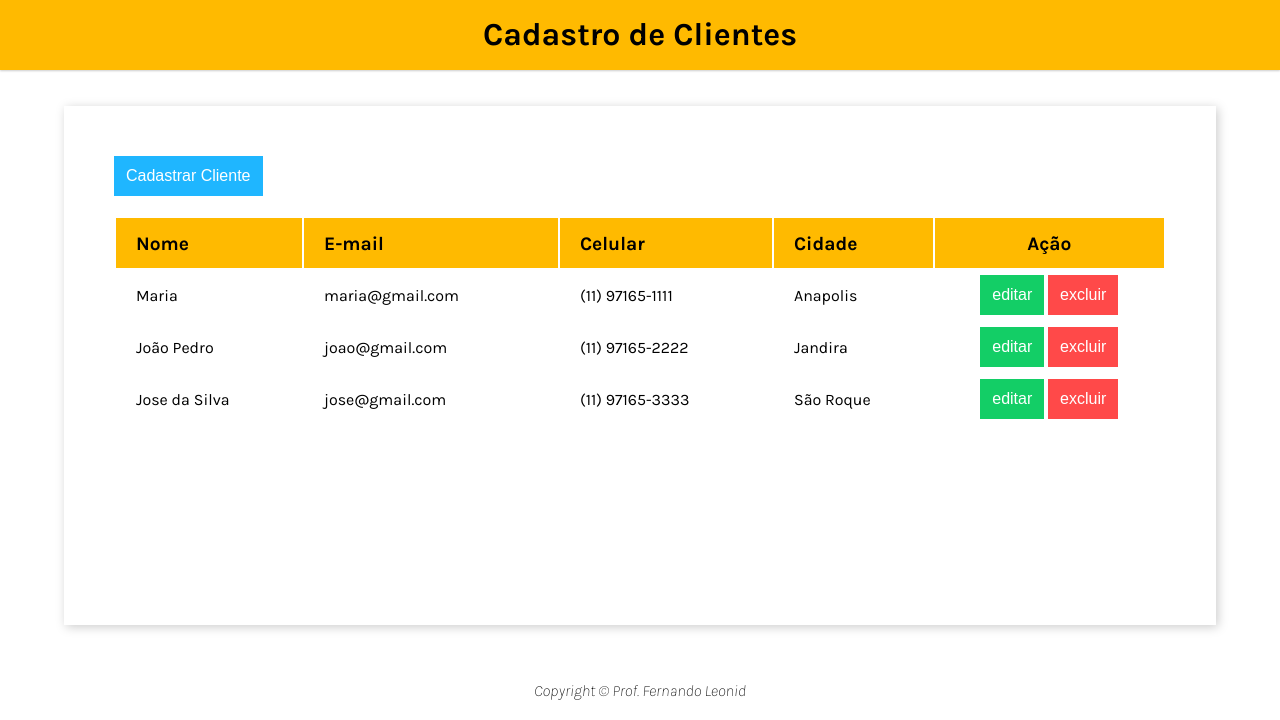
Repository: ViniciusCMS/CRUD_Estudos
Page: index.html
These files come from the project's save history. The page is drawn as it stood at one moment and after the next save; the edit follows.
The browser window is 1280 px wide. The pictures show the whole page.

Above is the page before, as saved 2022-01-07 13:12:44.

### index.html
<!DOCTYPE html>
<html lang="pt-BR">
<head>
    <meta charset="UTF-8">
    <meta http-equiv="X-UA-Compatible" content="IE=edge">
    <meta name="viewport" content="width=device-width, initial-scale=1.0">
    <link rel="preconnect" href="https://fonts.gstatic.com">
    <link href="https://fonts.googleapis.com/css2?family=Karla:ital,wght@0,400;0,700;1,200;1,800&display=swap" rel="stylesheet">
    <link rel="stylesheet" href="css/main.css">
    <link rel="stylesheet" href="css/button.css">
    <link rel="stylesheet" href="css/records.css">
    <link rel="stylesheet" href="css/modal.css">
    <script src="main.js" defer></script>
    <title>CRUD</title>
</head>
<body>
    <header>
        <h1 class="header-title">Cadastro de Clientes</h1>
    </header>
    <main>
        <button type="button" class="button blue mobile" id="cadastrarCliente">Cadastrar Cliente</button>
        <table class="records">
            <thead>
                <tr>
                    <th>Nome</th>
                    <th>E-mail</th>
                    <th>Celular</th>
                    <th>Cidade</th>
                    <th>Ação</th>
                </tr>
            </thead>
            <tbody>
                <tr>
                    <td>Maria</td>
                    <td>maria@gmail.com</td>
                    <td>(11) 97165-1111</td>
                    <td>Anapolis</td>
                    <td>
                        <button type="button" class="button green">editar</button>
                        <button type="button" class="button red">excluir</button>
                    </td>
                </tr>
                <tr>
                    <td>João Pedro</td>
                    <td>joao@gmail.com</td>
                    <td>(11) 97165-2222</td>
                    <td>Jandira</td>
                    <td>
                        <button type="button" class="button green">editar</button>
                        <button type="button" class="button red">excluir</button>
                    </td>
                </tr>
                <tr>
                    <td>Jose da Silva</td>
                    <td>jose@gmail.com</td>
                    <td>(11) 97165-3333</td>
                    <td>São Roque</td>
                    <td>
                        <button type="button" class="button green">editar</button>
                        <button type="button" class="button red">excluir</button>
                    </td>
                </tr>
            </tbody>
        </table>
        <div class="modal" id="modal">
            <div class="modal-content">
                <header class="modal-header">
                    <h2>Novo Cliente</h2>
                    <span class="modal-close" id="modalClose">&#10006;</span>
                </header>
                <form class="modal-form">
                    <input type="text" class="modal-field" placeholder="Nome do Cliente">
                    <input type="email" class="modal-field" placeholder="e-mail do Cliente">
                    <input type="text" class="modal-field" placeholder="Celular do Cliente">
                    <input type="text" class="modal-field" placeholder="Cidade do Cliente">
                </form>
                <footer class="modal-footer">
                    <button class="button green">Salvar</button>
                    <button class="button blue">Cancelar</button>
                </footer>
            </div>
        </div>
    </main>
    <footer>
        Copyright &copy; Prof. Fernando Leonid
    </footer>
</body>
</html>

### css/main.css
*{
    padding: 0;
    margin: 0;
    box-sizing: border-box;
}

:root{
    --primary-color: #FFBA00;
    --secundary-color: #FFF1CC;
    --shadow-color: #CCC;
    --text-color: #FFF;
}

body{
    min-height: 100vh;
    display: flex;
    flex-direction: column;
    font-family: 'karla', sans-serif;
    position:relative;
}

header{
    background-color: var(--primary-color);
    height: 70px;
    text-align: center;
    line-height: 70px;
    box-shadow: 0 1px 2px var(--shadow-color);
}

.header-title{
    color: black;
    font-size: 2rem;
}

main{
    flex-grow: 1;
    display: flex;
    flex-direction: column;
    align-items: flex-start;
    width: 90%;
    margin: 5vh auto;
    padding: 50px;
    box-shadow: 2px 2px 10px var(--shadow-color);
    gap: 20px;
}

footer{
    width:100;
    text-align: center;
    font-weight: 200;
    font-style: italic;
    padding: 20px;
}

@media (max-width:480px){
    header{
        position:fixed;
        width:100%;
    }
    .header-title{
        font-size: 1.5rem;
    }

    main{
        padding: 0;
        margin: 20px 0 0 0;
        width:100%;
        box-shadow: none;
    }
}

### css/button.css
.button{
    border-style: none;
    height: 40px;
    padding: 6px 12px;
    background-color: black;
    color: white;
    font-size: 1rem;
    cursor: pointer;
    transition: box-shadow .6s ease;
}

.button.blue{
    background-color: #1FB6FF;
}

button.green{
    background-color: #13CE66;
}

button.red{
    background-color: #FF4949;
}

.button:hover{
    box-shadow: inset 200px 0 0 #00000055;
}

@media(max-width:480px){
    .button.mobile{
        color:transparent;
        font-size:0;
        width:50px;
        height:50px;
        border-radius: 50%;
        position:fixed;
        top: 90vh;
        left: 80vw;
    }
    .button.mobile::before{
        content: "+";
        color:black;
        font-size:2rem;
        width:100%;
        height:100%;
    }
}

### css/records.css
.records{
    width: 100%;
    user-select: none;
    text-align: left;
}

.records th{
    height: 50px;
    background-color: var(--primary-color);
    padding-left: 20px;
    font-size: 1.2rem;
}
.records td{
    height: 50px;
    padding-left: 20px;
}

.records th:last-child,
.records td:last-child{
    padding: 0;
    min-width: 140px;
    text-align: center;
}

.records tr:hover{
    background-color: var(--secundary-color);
}

@media(max-width:480px){
    .records{
        border-spacing: 5px;
    }
    .records thead{
        display:none;
    }
    .records tr{
        box-shadow: 0 1px 3px var(--shadow-color);
    }
    .records td:not(:first-child){
        display:flex;
        justify-content: space-between;
        padding: 0 20px;
    }

    .records td{
        margin:10px 0;
    }

    .records tr:hover{
        background-color: inherit;
    }
}

### css/modal.css
.modal{
    position: fixed;
    top:0;
    left:0;
    width: 100%;
    height: 100%;
    background: #00000090;
    opacity: 0;
    z-index: -1;
}

.modal.active{
    opacity: 1;
    z-index: 1;
}

.modal-content{
    display: flex;
    flex-direction: column;
    gap:20px;
    width: 50vw;
    margin: 15vh auto;
    padding-bottom: 20px;
    background-color: white;
    box-shadow: 1px 1px 10px black;
}

.modal-header{
    display: flex;
    position: relative;
    justify-content: center;
    height: 40px;
    line-height: 40px;
    font-size: 1rem;
}



.modal-close{
    position: absolute;
    right: 0;
    display: block;
    width: 40px;
    height: 40px;
    text-align: center;
    user-select: none;
    cursor: pointer;
}

.modal-close:hover{
    background-color: #FF4949;
    color: white;
}

.modal-form{
    display: flex;
    justify-content: space-between;
    flex-wrap: wrap;
    gap: 20px;
    padding: 0 20px;
}

.modal-field{
    width: calc(50% - 10px);
    height: 40px;
    outline-style: none;
    border-style: none;
    box-shadow: 0 0 2px black;
    padding: 0 10px;
    font-size:1rem;
}

.modal-field:focus{
    border: 2px solid var(--primary-color);
    box-shadow: 0 0 3px var(--primary-color);
}


.modal-footer{
    background-color: inherit;
    text-align: right;
    padding: 0 20px;
}

@media (max-width:480px){
    .modal{
        top:100%;
        transition: all 1s ease;
    }
    .modal.active{
        top:0;
    }
    .modal-content{
        margin:0;
        width:100%;
        position:fixed;
    }
    .modal-field{
        width:100%;
    }
}

### main.js
'use strict'

const openModal = () => document.getElementById('modal')
    .classList.add('active')

const closeModal = () => document.getElementById('modal')
    .classList.remove('active')

document.getElementById('cadastrarCliente')
    .addEventListener('click', openModal)

document.getElementById('modalClose')
    .addEventListener('click', closeModal)

After the next save:
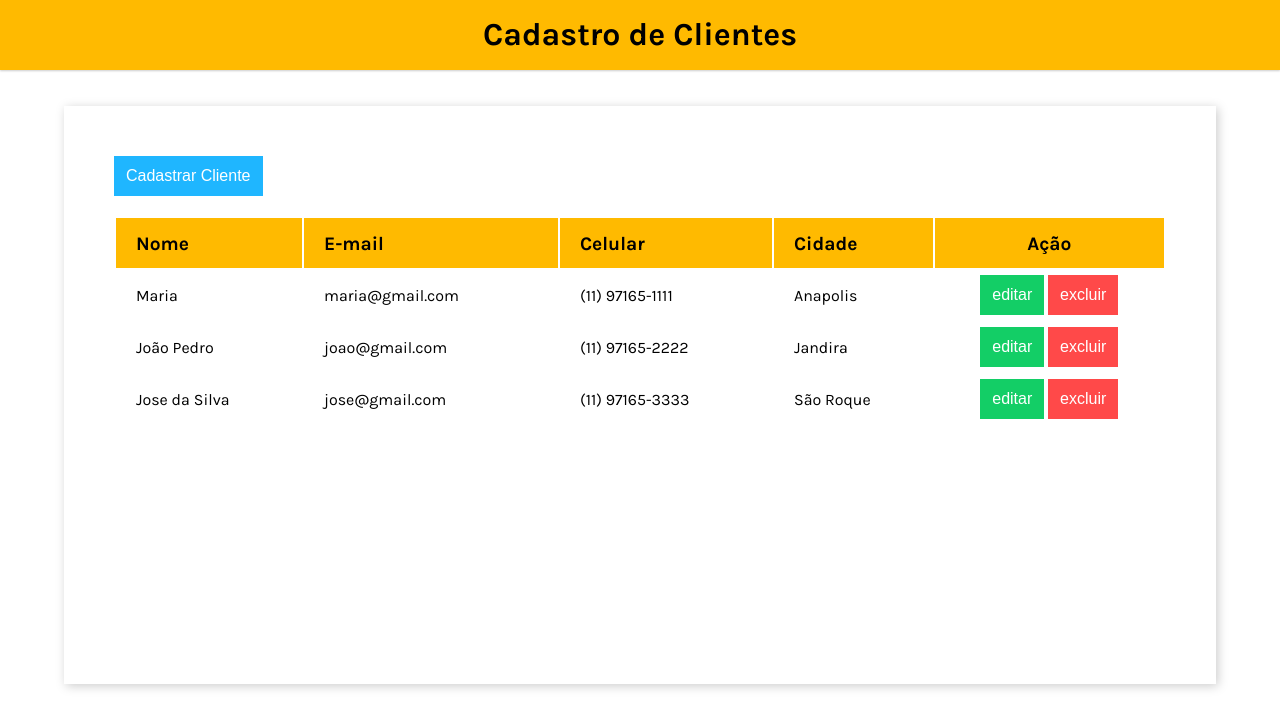
Saved 65 s later.
--- a/index.html
+++ b/index.html
@@ -81,8 +81,5 @@
             </div>
         </div>
     </main>
-    <footer>
-        Copyright &copy; Prof. Fernando Leonid
-    </footer>
 </body>
 </html>
